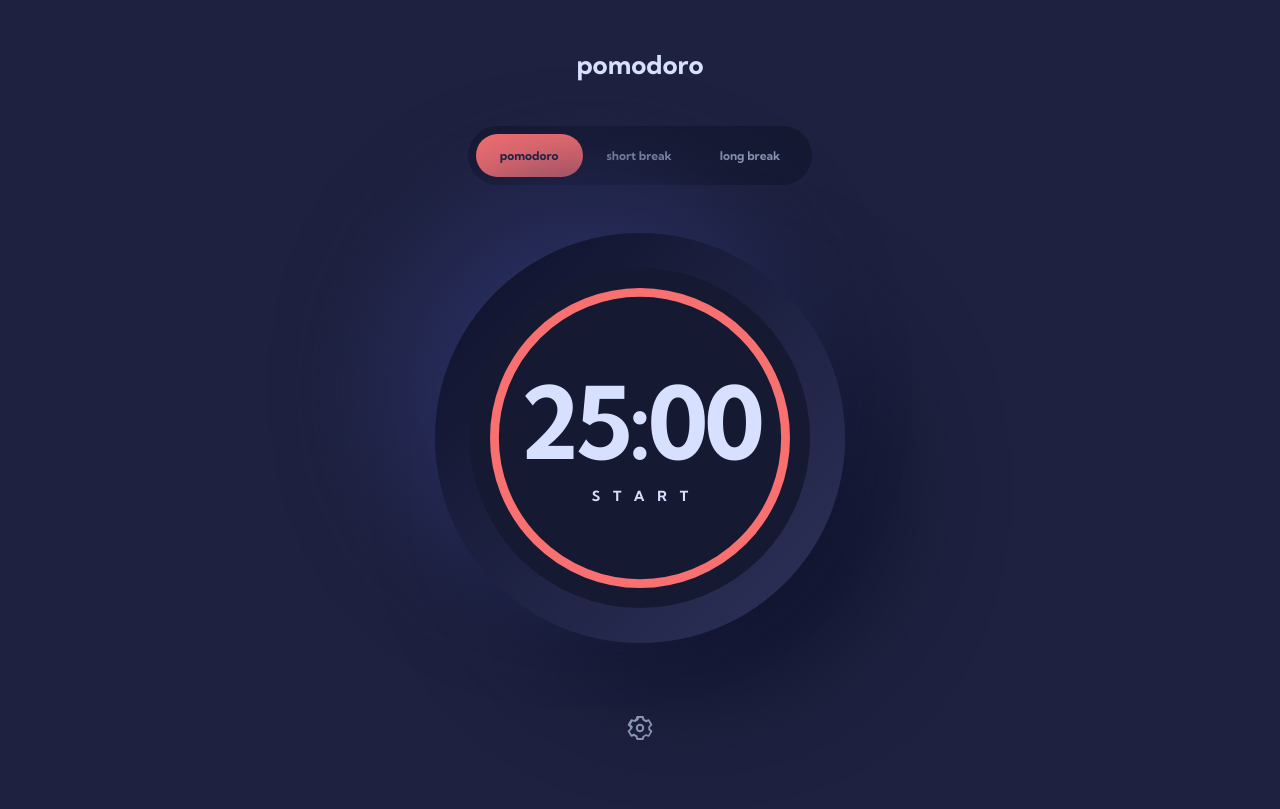
Repository: blordeus/pomodoro-app
Page: /
The author's editor kept a copy of each file at every save. The page is drawn from the files as they stood at one save, then again after the next save.
The browser window is 1280 px wide. The pictures show the whole page.
The project was rebuilt for these pictures with package versions that can differ from the ones it lists, and the page was loaded fresh each time. Also part of the build but not shown: src/components/TimeInput.jsx, src/components/SettingsModal.jsx.

Above is the page before, as saved 2026-05-09 18:10:30.

### index.html
<!doctype html>
<html lang="en">
  <head>
    <meta charset="UTF-8" />
    <meta name="viewport" content="width=device-width, initial-scale=1.0" />
    <title>Pomodoro App</title>
  </head>
  <body>
    <div id="root"></div>
    <script type="module" src="/src/main.jsx"></script>
  </body>
</html>

### src/main.jsx
import React from 'react';
import { createRoot } from 'react-dom/client';
import './index.css';
import App from './App.jsx';

createRoot(document.getElementById('root')).render(
  <React.StrictMode>
    <App />
  </React.StrictMode>
);

### src/index.css
@import url('https://fonts.googleapis.com/css2?family=Kumbh+Sans:wght@400;700&family=Roboto+Slab:wght@400;700&family=Space+Mono:wght@400;700&display=swap');

/* ─── Design Tokens ─────────────────────────────────────────── */
:root {
  --bg: #1E213F;
  --surface: #161932;
  --surface-alt: #0D0E1C;
  --text-primary: #D7E0FF;
  --text-muted: #8895B3;
  --modal-bg: #FFFFFF;
  --modal-text: #161932;
  --modal-label: #1E213F;
  --modal-section-title: #161932;
  --input-bg: #EFF1FA;
  --input-text: #1E213F;
  --divider: #E3E1E1;

  /* Accent — overridden by useSettings via JS */
  --accent: #F87070;

  /* Font — overridden by useSettings via JS */
  --font-app: 'Kumbh Sans', sans-serif;

  /* Timer sizing */
  --timer-outer: 410px;
  --timer-inner: 340px;
  --timer-ring-size: 339px;
}

/* ─── Reset & Base ──────────────────────────────────────────── */
*, *::before, *::after {
  box-sizing: border-box;
  margin: 0;
  padding: 0;
}

body {
  font-family: var(--font-app);
  background-color: var(--bg);
  color: var(--text-primary);
  min-height: 100vh;
  transition: font-family 0.2s ease;
}

button {
  cursor: pointer;
  border: none;
  background: none;
  font-family: inherit;
}

/* ─── App Layout ────────────────────────────────────────────── */
.app {
  display: flex;
  flex-direction: column;
  align-items: center;
  padding: 48px 24px 56px;
  min-height: 100vh;
}

.app__title {
  font-size: 1.625rem;
  font-weight: 700;
  letter-spacing: 0;
  color: var(--text-primary);
  margin-bottom: 45px;
}

/* ─── Mode Selector ─────────────────────────────────────────── */
.mode-selector {
  display: flex;
  align-items: center;
  background-color: var(--surface);
  border-radius: 31.5px;
  padding: 8px;
  gap: 0;
  margin-bottom: 48px;
}

.mode-btn {
  font-family: var(--font-app);
  font-size: 0.75rem;
  font-weight: 700;
  color: var(--text-muted);
  border-radius: 26.5px;
  padding: 14px 24px;
  transition: color 0.25s ease, background-color 0.25s ease;
  white-space: nowrap;
}

.mode-btn:hover {
  color: var(--text-primary);
}

.mode-btn--active {
  background-color: var(--accent);
  color: var(--modal-label);
}

/* ─── Timer ─────────────────────────────────────────────────── */
.timer-wrapper {
  margin-bottom: 63px;
}

.timer-outer {
  width: var(--timer-outer);
  height: var(--timer-outer);
  border-radius: 50%;
  background: linear-gradient(315deg, #2E325A 0%, #0E112A 100%);
  box-shadow:
    -50px -50px 100px #272C5A,
    50px 50px 100px #121530;
  display: flex;
  align-items: center;
  justify-content: center;
}

.timer-inner {
  width: var(--timer-inner);
  height: var(--timer-inner);
  border-radius: 50%;
  background: var(--surface);
  display: flex;
  align-items: center;
  justify-content: center;
  position: relative;
}

.timer-ring {
  position: absolute;
  inset: 0;
  display: flex;
  align-items: center;
  justify-content: center;
  width: 100%;
  height: 100%;
  padding: 20px;
}

.progress-ring {
  overflow: visible;
  width: 100%;
  height: 100%;
}

.timer-face {
  position: relative;
  z-index: 1;
  display: flex;
  flex-direction: column;
  align-items: center;
  gap: 15px;
  padding: 20px 40px;
  border-radius: 50%;
  background: transparent;
  transition: opacity 0.15s ease;
}

.timer-face:hover .timer-action {
  color: var(--accent);
}

.timer-time {
  font-family: var(--font-app);
  font-size: 6.25rem;
  font-weight: 700;
  color: var(--text-primary);
  letter-spacing: -4px;
  line-height: 1;
}

.timer-action {
  font-family: var(--font-app);
  font-size: 0.875rem;
  font-weight: 700;
  letter-spacing: 13px;
  color: var(--text-primary);
  text-transform: uppercase;
  transition: color 0.2s ease;
  /* offset to account for letter-spacing on last char */
  padding-left: 13px;
}

/* ─── Settings Trigger ──────────────────────────────────────── */
.settings-trigger {
  color: var(--text-muted);
  transition: color 0.2s ease;
  padding: 8px;
}

.settings-trigger:hover {
  color: var(--text-primary);
}

/* ─── Settings Modal ────────────────────────────────────────── */
.modal-backdrop {
  position: fixed;
  inset: 0;
  background: rgba(10, 12, 28, 0.5);
  display: flex;
  align-items: center;
  justify-content: center;
  z-index: 100;
  padding: 24px;
}

.modal {
  background: var(--modal-bg);
  border-radius: 25px;
  width: 100%;
  max-width: 540px;
  position: relative;
  overflow: visible;
}

.modal__header {
  display: flex;
  align-items: center;
  justify-content: space-between;
  padding: 34px 40px 28px;
  border-bottom: 1px solid var(--divider);
}

.modal__title {
  font-size: 1.75rem;
  font-weight: 700;
  color: var(--modal-label);
}

.modal__close {
  color: var(--text-muted);
  padding: 4px;
  transition: color 0.2s ease;
  display: flex;
  align-items: center;
  justify-content: center;
}

.modal__close:hover {
  color: var(--modal-label);
}

.modal__body {
  padding: 24px 40px;
}

.modal__section {
  padding: 24px 0;
}

.modal__section--row {
  display: flex;
  align-items: center;
  justify-content: space-between;
}

.modal__section-title {
  font-size: 0.6875rem;
  font-weight: 700;
  letter-spacing: 4.23px;
  color: var(--modal-section-title);
  text-transform: uppercase;
  margin-bottom: 18px;
}

.modal__section--row .modal__section-title {
  margin-bottom: 0;
}

.modal__time-inputs {
  display: flex;
  gap: 20px;
}

.modal__divider {
  height: 1px;
  background: var(--divider);
}

.modal__options {
  display: flex;
  gap: 16px;
  align-items: center;
}

.modal__footer {
  display: flex;
  justify-content: center;
  padding-bottom: 0;
  /* Apply button overlaps the bottom of the modal */
  margin-top: -20px;
  margin-bottom: -24px;
}

/* ─── TimeInput ─────────────────────────────────────────────── */
.time-input {
  flex: 1;
  display: flex;
  flex-direction: column;
  gap: 8px;
}

.time-input__label {
  font-size: 0.75rem;
  font-weight: 700;
  color: var(--text-muted);
}

.time-input__control {
  display: flex;
  align-items: center;
  justify-content: space-between;
  background: var(--input-bg);
  border-radius: 10px;
  padding: 14px 16px;
}

.time-input__value {
  font-size: 0.875rem;
  font-weight: 700;
  color: var(--input-text);
}

.time-input__arrows {
  display: flex;
  flex-direction: column;
  gap: 8px;
}

.time-input__arrow {
  color: #8895B3;
  display: flex;
  align-items: center;
  justify-content: center;
  transition: color 0.15s ease;
  padding: 0;
  line-height: 1;
}

.time-input__arrow:hover {
  color: var(--input-text);
}

/* ─── Font Buttons ──────────────────────────────────────────── */
.font-btn {
  width: 40px;
  height: 40px;
  border-radius: 50%;
  font-size: 0.9375rem;
  font-weight: 700;
  background: var(--input-bg);
  color: var(--modal-label);
  display: flex;
  align-items: center;
  justify-content: center;
  transition: background-color 0.2s ease, color 0.2s ease;
}

.font-btn--active {
  background: var(--modal-label);
  color: var(--modal-bg);
}

/* ─── Color Buttons ─────────────────────────────────────────── */
.color-btn {
  width: 40px;
  height: 40px;
  border-radius: 50%;
  position: relative;
  transition: opacity 0.2s ease;
}

.color-btn:hover {
  opacity: 0.85;
}

.color-btn--active::after {
  content: '';
  position: absolute;
  inset: 0;
  display: flex;
  align-items: center;
  justify-content: center;
  background-image: url("data:[embedded picture, 244 characters]");
  background-repeat: no-repeat;
  background-position: center;
}

/* ─── Apply Button ──────────────────────────────────────────── */
.apply-btn {
  font-family: var(--font-app);
  font-size: 1rem;
  font-weight: 700;
  color: white;
  background: var(--accent);
  border-radius: 26.5px;
  padding: 17px 47px;
  transition: filter 0.2s ease;
}

.apply-btn:hover {
  filter: brightness(1.15);
}

/* ─── Responsive ────────────────────────────────────────────── */
@media (max-width: 600px) {
  :root {
    --timer-outer: 300px;
    --timer-inner: 267px;
    --timer-ring-size: 248px;
  }

  .app {
    padding: 32px 24px 48px;
  }

  .app__title {
    margin-bottom: 40px;
  }

  .mode-selector {
    margin-bottom: 45px;
  }

  .mode-btn {
    padding: 11px 16px;
    font-size: 0.6875rem;
  }

  .timer-time {
    font-size: 5rem;
    letter-spacing: -3px;
  }

  .timer-wrapper {
    margin-bottom: 56px;
  }

  /* Settings modal: stack time inputs vertically */
  .modal__time-inputs {
    flex-direction: column;
    gap: 8px;
  }

  .time-input {
    flex-direction: row;
    align-items: center;
    justify-content: space-between;
  }

  .time-input__label {
    flex-shrink: 0;
  }

  .modal__header {
    padding: 28px 24px 24px;
  }

  .modal__body {
    padding: 24px 24px;
  }

  .modal__section--row {
    flex-direction: column;
    align-items: center;
    gap: 18px;
    text-align: center;
  }

  .modal__section-title {
    margin-bottom: 0;
  }
}

### src/App.jsx
import React, { useState } from 'react';
import { useTimer } from './hooks/useTimer';
import { useSettings } from './hooks/useSettings';
import ModeSelector from './components/ModeSelector';
import TimerDisplay from './components/TimerDisplay';
import SettingsModal from './components/SettingsModal';

const App = () => {
  const { settings, applySettings } = useSettings();
  const { mode, status, formattedTime, progress, start, pause, restart, switchMode } = useTimer(settings);
  const [showSettings, setShowSettings] = useState(false);

  return (
    <div className="app">
      <h1 className="app__title">pomodoro</h1>

      <ModeSelector mode={mode} onSwitch={switchMode} />

      <TimerDisplay
        formattedTime={formattedTime}
        progress={progress}
        status={status}
        onStart={start}
        onPause={pause}
        onRestart={restart}
      />

      <button
        className="settings-trigger"
        onClick={() => setShowSettings(true)}
        aria-label="Open settings"
      >
        <svg width="28" height="28" viewBox="0 0 28 28" xmlns="http://www.w3.org/2000/svg" fill="currentColor">
          <path fillRule="evenodd" clipRule="evenodd" d="M14 9.8a4.2 4.2 0 100 8.4 4.2 4.2 0 000-8.4zM11.8 14a2.2 2.2 0 114.4 0 2.2 2.2 0 01-4.4 0z"/>
          <path fillRule="evenodd" clipRule="evenodd" d="M11.28 2a1 1 0 00-.97.757L9.6 5.09a9.14 9.14 0 00-1.49.863L5.75 5.2a1 1 0 00-1.163.44l-2.72 4.71a1 1 0 00.22 1.247l1.87 1.57a9.225 9.225 0 000 1.664l-1.87 1.57a1 1 0 00-.22 1.247l2.72 4.71a1 1 0 001.163.44l2.36-.753c.469.332.965.625 1.49.863l.71 2.333A1 1 0 0011.28 26h5.44a1 1 0 00.97-.757l.71-2.333a9.14 9.14 0 001.49-.863l2.36.753a1 1 0 001.163-.44l2.72-4.71a1 1 0 00-.22-1.247l-1.87-1.57a9.22 9.22 0 000-1.664l1.87-1.57a1 1 0 00.22-1.247l-2.72-4.71A1 1 0 0022.25 5.2l-2.36.753a9.14 9.14 0 00-1.49-.863l-.71-2.333A1 1 0 0016.72 2h-5.44zm.793 2h3.854l.636 2.088a1 1 0 00.643.664 7.14 7.14 0 012.122 1.228 1 1 0 00.928.163l2.115-.675 1.927 3.338-1.674 1.406a1 1 0 00-.35.926c.053.352.08.71.08 1.062s-.027.71-.08 1.062a1 1 0 00.35.926l1.674 1.406-1.927 3.338-2.115-.675a1 1 0 00-.928.163 7.14 7.14 0 01-2.122 1.228 1 1 0 00-.643.664L15.927 24h-3.854l-.636-2.088a1 1 0 00-.643-.664 7.14 7.14 0 01-2.122-1.228 1 1 0 00-.928-.163l-2.115.675-1.927-3.338 1.674-1.406a1 1 0 00.35-.926A7.27 7.27 0 016.646 14c0-.352.027-.71.08-1.062a1 1 0 00-.35-.926L4.702 10.606l1.927-3.338 2.115.675a1 1 0 00.928-.163A7.14 7.14 0 0111.794 6.57a1 1 0 00.643-.664L13.073 4z"/>
        </svg>
      </button>

      {showSettings && (
        <SettingsModal
          settings={settings}
          onApply={applySettings}
          onClose={() => setShowSettings(false)}
        />
      )}
    </div>
  );
};

export default App;

### src/hooks/useTimer.js
import { useState, useEffect, useRef, useCallback } from 'react';

const MODES = {
  pomodoro: 'pomodoro',
  shortBreak: 'shortBreak',
  longBreak: 'longBreak',
};

export const useTimer = (settings) => {
  const [mode, setMode] = useState(MODES.pomodoro);
  const [status, setStatus] = useState('idle'); // idle | running | paused | complete
  const [timeLeft, setTimeLeft] = useState(settings.pomodoro * 60);
  const intervalRef = useRef(null);

  const totalTime = settings[mode] * 60;

  // Reset timer when mode or settings change
  useEffect(() => {
    clearInterval(intervalRef.current);
    setStatus('idle');
    setTimeLeft(settings[mode] * 60);
  }, [mode, settings]);

  useEffect(() => {
    if (status === 'running') {
      intervalRef.current = setInterval(() => {
        setTimeLeft((prev) => {
          if (prev <= 1) {
            clearInterval(intervalRef.current);
            setStatus('complete');
            return 0;
          }
          return prev - 1;
        });
      }, 1000);
    } else {
      clearInterval(intervalRef.current);
    }

    return () => clearInterval(intervalRef.current);
  }, [status]);

  const start = useCallback(() => setStatus('running'), []);
  const pause = useCallback(() => setStatus('paused'), []);
  const restart = useCallback(() => {
    setStatus('idle');
    setTimeLeft(settings[mode] * 60);
  }, [mode, settings]);

  const switchMode = useCallback((newMode) => {
    setMode(newMode);
  }, []);

  const minutes = Math.floor(timeLeft / 60);
  const seconds = timeLeft % 60;
  const formattedTime = `${String(minutes).padStart(2, '0')}:${String(seconds).padStart(2, '0')}`;
  const progress = timeLeft / totalTime; // 1 = full, 0 = empty

  return {
    mode,
    status,
    timeLeft,
    totalTime,
    formattedTime,
    progress,
    start,
    pause,
    restart,
    switchMode,
    MODES,
  };
};

### src/hooks/useSettings.js
import { useState, useEffect } from 'react';

const STORAGE_KEY = 'pomodoro-settings';

const DEFAULT_SETTINGS = {
  pomodoro: 25,
  shortBreak: 5,
  longBreak: 15,
  font: 'kumbh',   // kumbh | roboto | mono
  color: 'red',    // red | cyan | purple
};

export const useSettings = () => {
  const [settings, setSettings] = useState(() => {
    try {
      const saved = localStorage.getItem(STORAGE_KEY);
      return saved ? { ...DEFAULT_SETTINGS, ...JSON.parse(saved) } : DEFAULT_SETTINGS;
    } catch {
      return DEFAULT_SETTINGS;
    }
  });

  // Apply font + color to :root whenever settings change
  useEffect(() => {
    const root = document.documentElement;

    const fontMap = {
      kumbh: "'Kumbh Sans', sans-serif",
      roboto: "'Roboto Slab', serif",
      mono: "'Space Mono', monospace",
    };

    const colorMap = {
      red: '#F87070',
      cyan: '#70F3F8',
      purple: '#D881F8',
    };

    root.style.setProperty('--accent', colorMap[settings.color]);
    root.style.setProperty('--font-app', fontMap[settings.font]);
  }, [settings.font, settings.color]);

  const applySettings = (newSettings) => {
    const merged = { ...settings, ...newSettings };
    setSettings(merged);
    try {
      localStorage.setItem(STORAGE_KEY, JSON.stringify(merged));
    } catch {
      // storage unavailable, silently continue
    }
  };

  return { settings, applySettings };
};

### src/components/ModeSelector.jsx
import React, { useState } from 'react';

const LABELS = {
  pomodoro: 'pomodoro',
  shortBreak: 'short break',
  longBreak: 'long break',
};

const ModeSelector = ({ mode, onSwitch }) => {
  return (
    <nav className="mode-selector" aria-label="Timer mode">
      {Object.entries(LABELS).map(([key, label]) => (
        <button
          key={key}
          className={`mode-btn${mode === key ? ' mode-btn--active' : ''}`}
          onClick={() => onSwitch(key)}
          aria-pressed={mode === key}
        >
          {label}
        </button>
      ))}
    </nav>
  );
};

export default ModeSelector;

### src/components/TimerDisplay.jsx
import React, { useState } from 'react';
import CircularProgress from './CircularProgress';

const ACTION_LABELS = {
  idle: 'START',
  running: 'PAUSE',
  paused: 'RESUME',
  complete: 'RESTART',
};

const TimerDisplay = ({ formattedTime, progress, status, onStart, onPause, onRestart }) => {
  const actionLabel = ACTION_LABELS[status];

  const handleAction = () => {
    if (status === 'idle' || status === 'paused') onStart();
    else if (status === 'running') onPause();
    else if (status === 'complete') onRestart();
  };

  return (
    <div className="timer-wrapper">
      {/* Outer decorative circle with layered shadow effect */}
      <div className="timer-outer">
        <div className="timer-inner">
          {/* SVG progress ring sits behind the content */}
          <div className="timer-ring">
            <CircularProgress progress={progress} />
          </div>
          {/* Time + action button */}
          <button
            className="timer-face"
            onClick={handleAction}
            aria-label={`${actionLabel} timer, time remaining ${formattedTime}`}
          >
            <span className="timer-time">{formattedTime}</span>
            <span className="timer-action">{actionLabel}</span>
          </button>
        </div>
      </div>
    </div>
  );
};

export default TimerDisplay;

### src/components/CircularProgress.jsx
import React, { useState } from 'react';

const CircularProgress = ({ progress, size = 339, strokeWidth = 10 }) => {
  const radius = (size - strokeWidth) / 2;
  const circumference = 2 * Math.PI * radius;
  const offset = circumference - progress * circumference;

  return (
    <svg
      width="100%"
      height="100%"
      viewBox={`0 0 ${size} ${size}`}
      className="progress-ring"
      aria-hidden="true"
    >
      {/* Track (background ring) — invisible, just for spacing */}
      <circle
        cx={size / 2}
        cy={size / 2}
        r={radius}
        fill="none"
        stroke="transparent"
        strokeWidth={strokeWidth}
      />
      {/* Progress arc */}
      <circle
        cx={size / 2}
        cy={size / 2}
        r={radius}
        fill="none"
        stroke="var(--accent)"
        strokeWidth={strokeWidth}
        strokeLinecap="round"
        strokeDasharray={circumference}
        strokeDashoffset={offset}
        // Start at 12 o'clock (default SVG starts at 3 o'clock)
        transform={`rotate(-90 ${size / 2} ${size / 2})`}
        style={{ transition: 'stroke-dashoffset 0.5s linear' }}
      />
    </svg>
  );
};

export default CircularProgress;

After the next save:
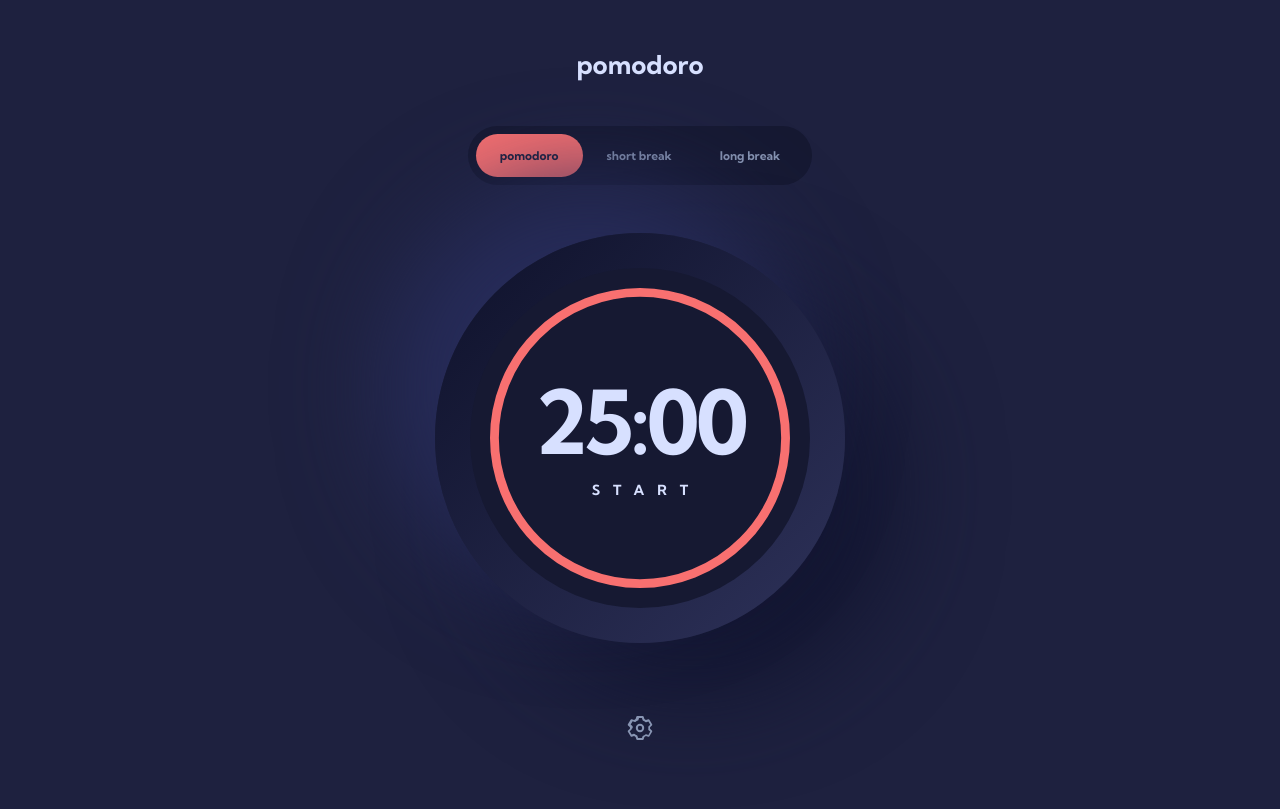
Saved 51 s later.
--- a/src/index.css
+++ b/src/index.css
@@ -162,7 +162,7 @@ button {
 
 .timer-time {
   font-family: var(--font-app);
-  font-size: 6.25rem;
+  font-size: 5.5rem;
   font-weight: 700;
   color: var(--text-primary);
   letter-spacing: -4px;
